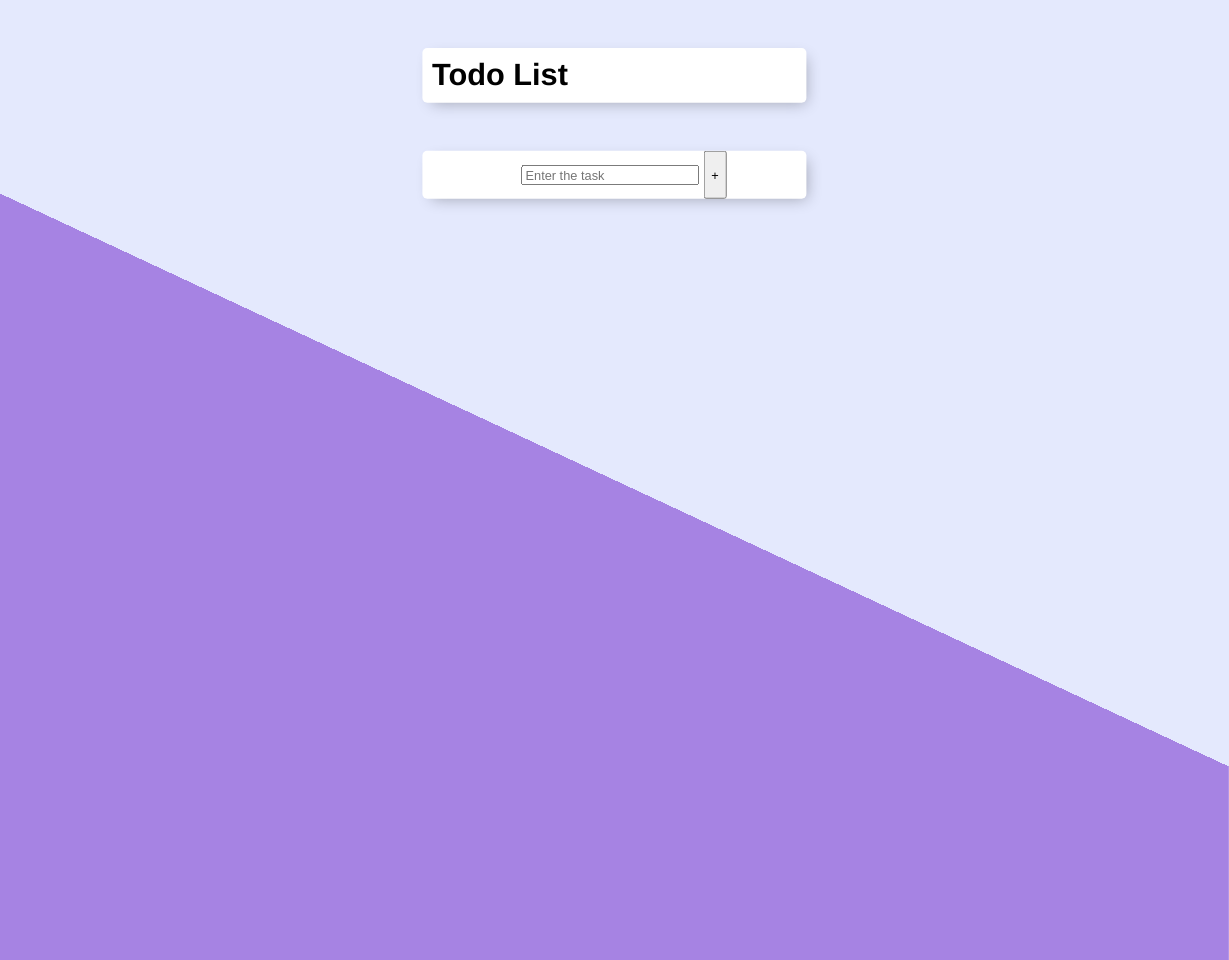
Repository: rupeshkofficial/Todo-List-Ver2
Page: http://localhost/
The author's editor kept a copy of each file at every save. The page is drawn from the files as they stood at one save, then again after a run of saves.
The browser window is 1280 px wide. The pictures show the whole page, at 96% of full size.
The page is served by the project's Node server (app.js).

Above is the page before, as saved 2023-02-23 16:18:09.

After the next 4 saves:
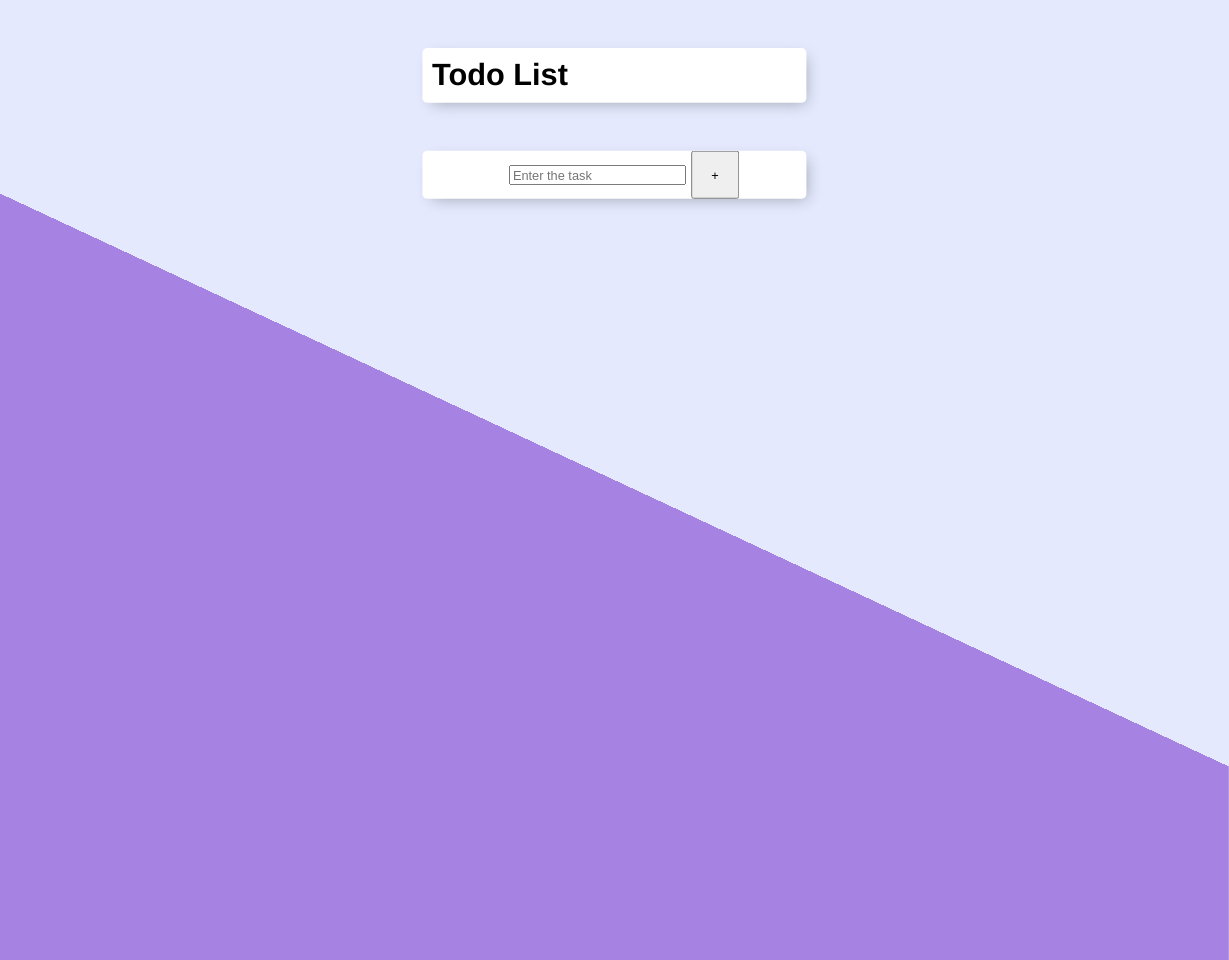
The 4 saves are shown as one change because they came seconds apart.
The last was saved 11 s later.
--- a/public/css/style.css
+++ b/public/css/style.css
@@ -59,5 +59,6 @@ form{
 
 button{
     min-height: 50px;
-    width: ;
+    width: 50px;
+    border-radius: ;
 }
